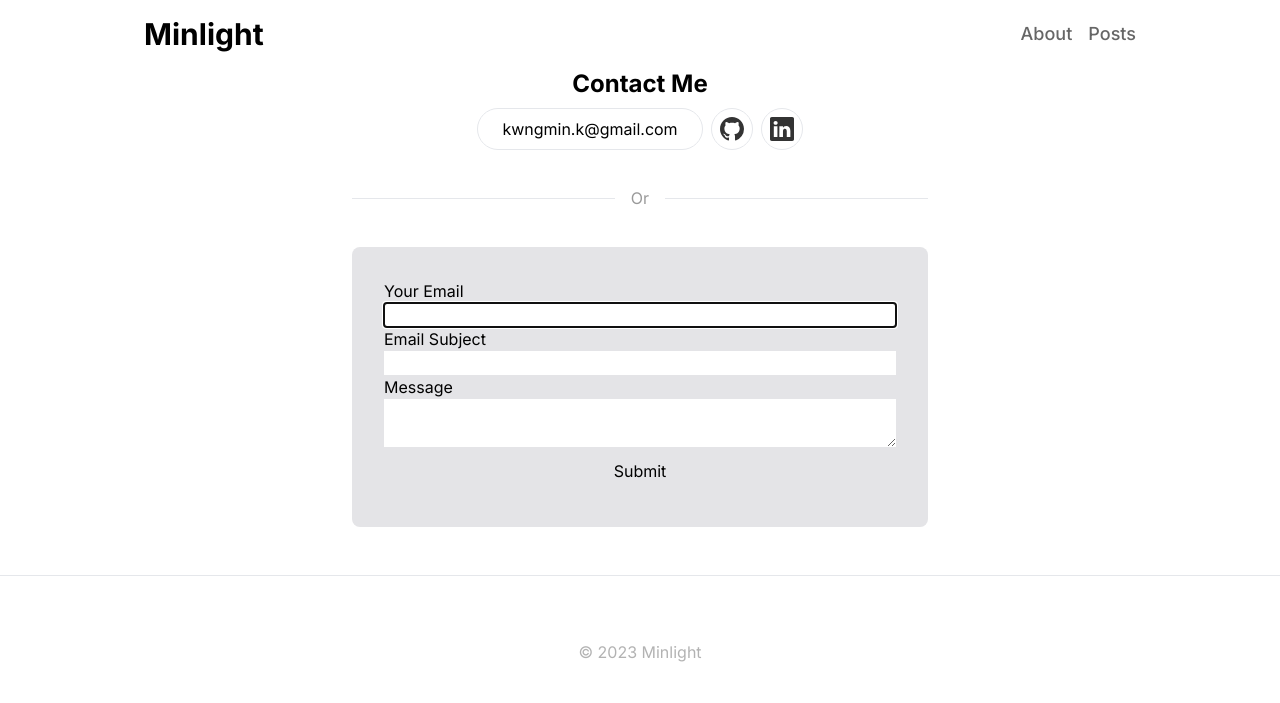
Repository: kwngmin/minlight-blog
Page: /contact
The author's editor kept a copy of each file at every save. The page is drawn from the files as they stood at one save, then again after the next save.
The browser window is 1280 px wide. The pictures show the whole page.
The project was rebuilt for these pictures with package versions that can differ from the ones it lists, and the page was loaded fresh each time. The framework's server and built-in components were replaced by stand-ins that run in the browser. Also part of the build but not shown: next.config.js, src/components/banner.tsx.

Above is the page before, as saved 2023-04-03 17:05:59.

After the next save:
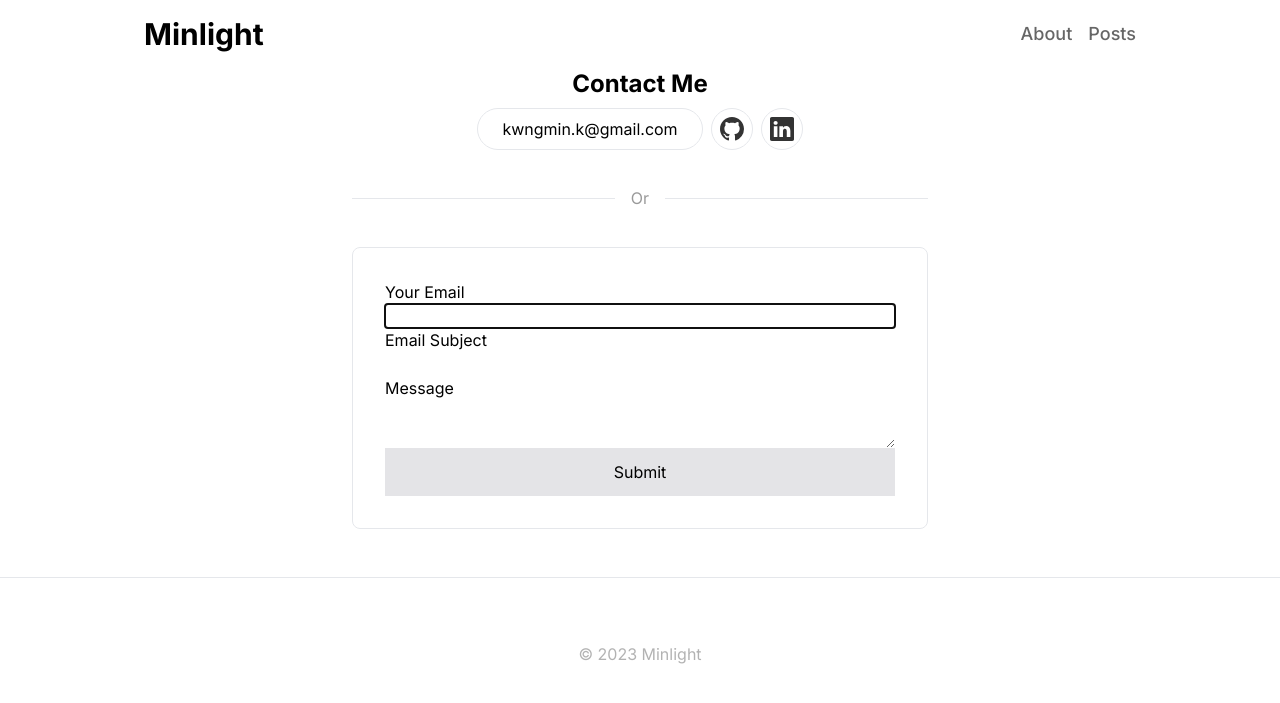
Saved 26 s later.
--- a/src/components/ContactForm.tsx
+++ b/src/components/ContactForm.tsx
@@ -36,7 +36,7 @@ export default function ContactForm() {
       {banner && <Banner banner={banner} />}
       <form
         onSubmit={onSubmit}
-        className="flex flex-col bg-zinc-200 p-8 w-full rounded-lg"
+        className="flex flex-col border p-8 w-full rounded-lg"
       >
         <label htmlFor="from">Your Email</label>
         <input
